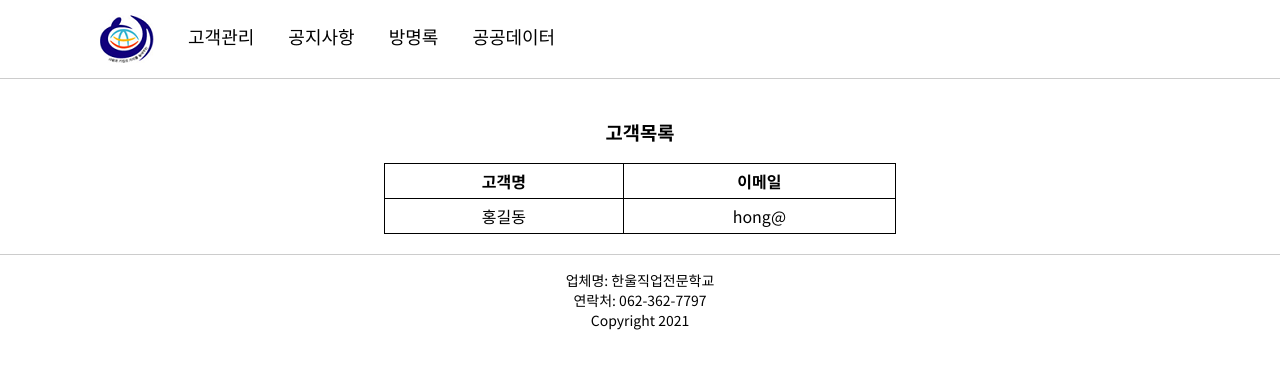
Repository: JSY93/spring-web
Page: http://localhost/iot/WEB-INF/views/customer/list.jsp
An editor plug-in stored every save of this project. The page is shown before and after the next save, followed by the edit.
The browser window is 1280 px wide. The pictures show the whole page.
The page is served by Tomcat 9. Nobody is signed in. The template is opened directly, without the code that normally fills it, so the values that code supplies are empty.

Above is the page before, as saved 2021-01-08 06:45:48.

After the next save:
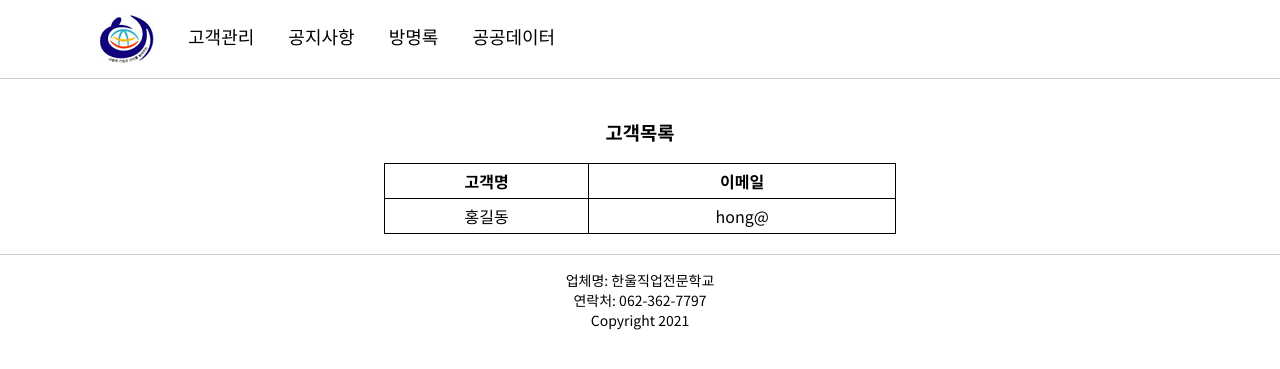
Saved 43 s later.
--- a/Study_Spring/iot/src/main/webapp/WEB-INF/views/customer/list.jsp
+++ b/Study_Spring/iot/src/main/webapp/WEB-INF/views/customer/list.jsp
@@ -10,7 +10,7 @@
 <div id='content'>
 <h3>고객목록</h3>
 <table class='w-pct40'>
-<tr><th>고객명</th>
+<tr><th class='w-pct40'>고객명</th>
 	<th>이메일</th>
 </tr>
 <tr><td>홍길동</td>
